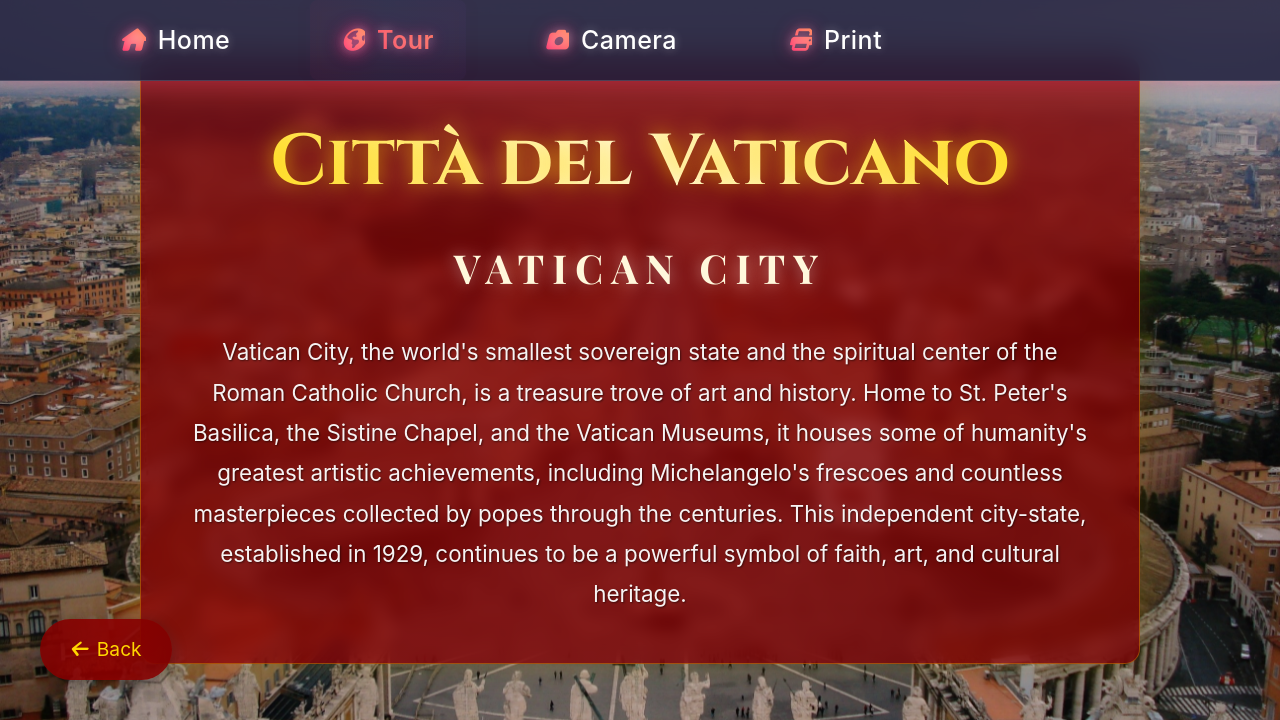
Repository: huang-heavenly-Emperor/NewYork
Page: vatican.html
An editor plug-in stored every save of this project. The page is shown before and after the next save, followed by the edit.
The browser window is 1280 px wide. The pictures show the whole page.

Above is the page before, as saved 2025-02-19 15:55:32.

After the next save:
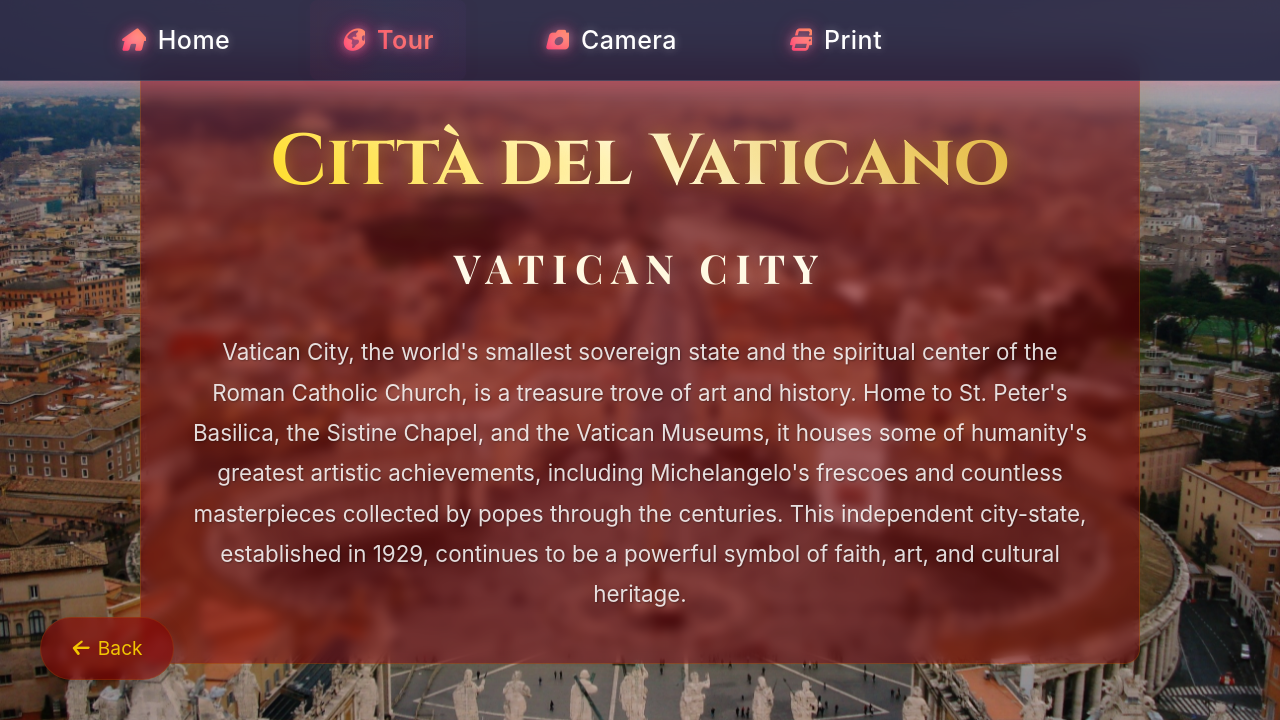
Saved 97 s later.
--- a/css/vatican.css
+++ b/css/vatican.css
@@ -33,7 +33,7 @@ body {
     width: 100%;
     height: 100%;
     object-fit: cover;
-    filter: brightness(0.8) saturate(1.1);
+    filter: brightness(0.85) saturate(1.05);
     animation: zoomIn 1.5s ease-out forwards;
     z-index: 1;
 }
@@ -70,12 +70,12 @@ body {
     background: linear-gradient(45deg,
         #FFD700 0%,    /* 金色 */
         #FFF8DC 50%,   /* 玉米丝色 */
-        #FFD700 100%
+        #DAA520 100%   /* 金黄色 */
     );
     -webkit-background-clip: text;
     -webkit-text-fill-color: transparent;
     margin-bottom: 1rem;
-    text-shadow: 0 0 20px rgba(255, 215, 0, 0.6);
+    text-shadow: 0 0 20px rgba(255, 215, 0, 0.4);
     opacity: 0;
     animation: titleGlow 2s ease forwards;
 }
@@ -87,7 +87,7 @@ body {
     background: linear-gradient(45deg,
         #FFFFFF 0%,    /* 纯白 */
         #FFF8DC 50%,   /* 玉米丝色 */
-        #FFFFFF 100%
+        #F0F8FF 100%   /* 爱丽丝蓝 */
     );
     -webkit-background-clip: text;
     -webkit-text-fill-color: transparent;
@@ -95,13 +95,13 @@ body {
     letter-spacing: 0.2em;
     opacity: 0;
     animation: titleReveal 1.5s ease forwards 0.5s;
-    text-shadow: 0 0 15px rgba(255, 255, 255, 0.6);
+    text-shadow: 0 0 15px rgba(255, 255, 255, 0.3);
 }
 
 .entrance-line {
     width: 0;
     height: 2px;
-    background: linear-gradient(to right, transparent, #FFD700, transparent);
+    background: linear-gradient(to right, transparent, rgba(255, 215, 0, 0.6), transparent);
     margin: 2rem auto;
     animation: lineExpand 1s ease-out forwards 1s;
 }
@@ -109,15 +109,15 @@ body {
 .entrance-subtitle {
     font-size: 1.5rem;
     background: linear-gradient(45deg,
-        #FFF8DC 0%,    /* 玉米丝色 */
-        #FFFFFF 50%,   /* 纯白 */
-        #FFF8DC 100%
+        rgba(255, 248, 220, 0.9) 0%,    /* 玉米丝色 */
+        rgba(255, 255, 255, 0.9) 50%,   /* 纯白 */
+        rgba(255, 248, 220, 0.9) 100%
     );
     -webkit-background-clip: text;
     -webkit-text-fill-color: transparent;
     opacity: 0;
     animation: subtitleFade 1s ease forwards 1.5s;
-    text-shadow: 0 0 10px rgba(255, 255, 255, 0.4);
+    text-shadow: 0 0 10px rgba(255, 255, 255, 0.2);
 }
 
 /* Banner text */
@@ -129,17 +129,17 @@ body {
     z-index: 2;
     background: linear-gradient(
         135deg,
-        rgba(128, 0, 0, 0.75) 0%,    /* 暗红色 */
-        rgba(139, 0, 0, 0.75) 50%,    /* 深红色 */
-        rgba(128, 0, 0, 0.75) 100%
+        rgba(128, 0, 0, 0.45) 0%,    /* 暗红色 - 更透明 */
+        rgba(139, 0, 0, 0.45) 50%,    /* 深红色 - 更透明 */
+        rgba(128, 0, 0, 0.45) 100%
     );
     border-radius: 15px;
-    backdrop-filter: blur(8px);
-    -webkit-backdrop-filter: blur(8px);
-    border: 1px solid rgba(255, 215, 0, 0.3);
+    backdrop-filter: blur(6px);
+    -webkit-backdrop-filter: blur(6px);
+    border: 1px solid rgba(255, 215, 0, 0.15);
     box-shadow:
-        0 0 30px rgba(255, 215, 0, 0.2),
-        0 0 60px rgba(0, 0, 0, 0.2);
+        0 0 30px rgba(255, 215, 0, 0.1),
+        0 0 60px rgba(0, 0, 0, 0.1);
     opacity: 0;
     animation: contentFadeIn 1s ease-out 1.5s forwards;
 }
@@ -157,29 +157,35 @@ body {
     background: linear-gradient(45deg,
         #FFD700 0%,    /* 金色 */
         #FFF8DC 50%,   /* 玉米丝色 */
-        #FFD700 100%
-    );
-    -webkit-background-clip: text;
-    -webkit-text-fill-color: transparent;
-    text-shadow: 0 0 20px rgba(255, 215, 0, 0.6);
+        #DAA520 100%   /* 金黄色 */
+    );
+    -webkit-background-clip: text;
+    -webkit-text-fill-color: transparent;
+    text-shadow: 0 0 20px rgba(255, 215, 0, 0.3);
 }
 
 .banner-text .english {
     display: block;
     font-size: 2.5rem;
     font-family: 'Playfair Display', serif;
-    color: #FFF8DC;    /* 玉米丝色 */
+    background: linear-gradient(45deg,
+        #FFFFFF 0%,    /* 纯白 */
+        #FFF8DC 50%,   /* 玉米丝色 */
+        #FFFFFF 100%
+    );
+    -webkit-background-clip: text;
+    -webkit-text-fill-color: transparent;
     text-transform: uppercase;
     letter-spacing: 0.2em;
-    text-shadow: 0 0 15px rgba(255, 255, 255, 0.4);
+    text-shadow: 0 0 15px rgba(255, 255, 255, 0.2);
 }
 
 .banner-text p {
     font-size: 1.4rem;
     line-height: 1.8;
-    color: rgba(255, 255, 255, 0.95);
+    color: rgba(255, 255, 255, 0.85);
     text-align: center;
-    text-shadow: 1px 1px 2px rgba(0, 0, 0, 0.5);
+    text-shadow: 1px 1px 2px rgba(0, 0, 0, 0.3);
     margin-top: 2rem;
 }
 
@@ -190,12 +196,12 @@ body {
     left: 40px;
     padding: 15px 30px;
     font-size: 1.2rem;
-    color: #FFD700;
+    color: rgba(255, 215, 0, 0.9);
     background: linear-gradient(
         270deg,
-        rgba(128, 0, 0, 0.9),
-        rgba(139, 0, 0, 0.9),
-        rgba(128, 0, 0, 0.9)
+        rgba(128, 0, 0, 0.6),
+        rgba(139, 0, 0, 0.6),
+        rgba(128, 0, 0, 0.6)
     );
     border: none;
     border-radius: 50px;
@@ -206,20 +212,25 @@ body {
     text-decoration: none;
     transition: all 0.3s ease;
     z-index: 1000;
-    box-shadow: 0 4px 15px rgba(0, 0, 0, 0.3);
+    box-shadow: 0 4px 15px rgba(0, 0, 0, 0.2);
+    backdrop-filter: blur(4px);
+    -webkit-backdrop-filter: blur(4px);
+    border: 1px solid rgba(255, 215, 0, 0.1);
 }
 
 .back-button:hover {
     transform: translateY(-3px);
     box-shadow:
-        0 6px 20px rgba(0, 0, 0, 0.4),
-        0 0 30px rgba(255, 215, 0, 0.4);
+        0 6px 20px rgba(0, 0, 0, 0.3),
+        0 0 30px rgba(255, 215, 0, 0.2);
     background: linear-gradient(
         270deg,
-        rgba(139, 0, 0, 0.9),
-        rgba(165, 42, 42, 0.9),
-        rgba(139, 0, 0, 0.9)
-    );
+        rgba(139, 0, 0, 0.7),
+        rgba(165, 42, 42, 0.7),
+        rgba(139, 0, 0, 0.7)
+    );
+    color: rgba(255, 215, 0, 1);
+    border-color: rgba(255, 215, 0, 0.2);
 }
 
 .back-button i {
@@ -262,8 +273,8 @@ body {
     100% {
         opacity: 1;
         text-shadow:
-            0 0 20px rgba(255, 215, 0, 0.6),
-            0 0 40px rgba(255, 215, 0, 0.4);
+            0 0 20px rgba(255, 215, 0, 0.3),
+            0 0 40px rgba(255, 215, 0, 0.2);
     }
 }
 
